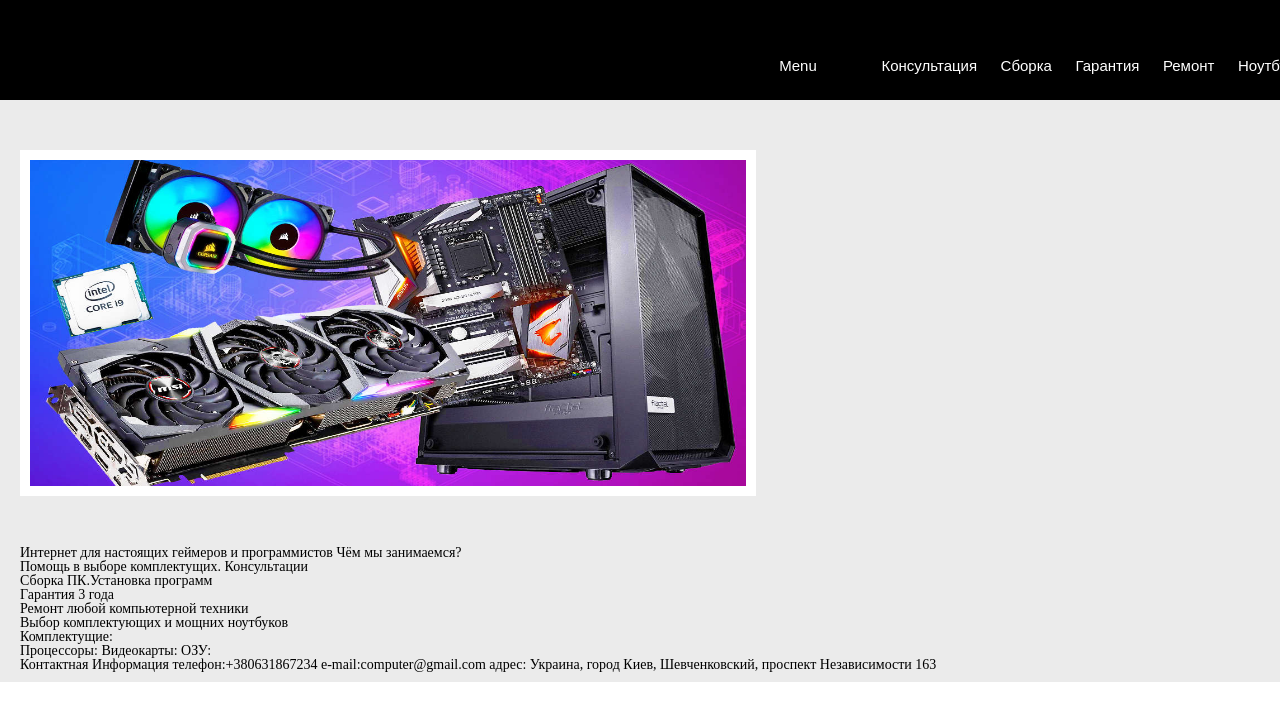
Repository: Bohdan-Sandovenko/First-Project-Flex
Page: index.html
The author's editor kept a copy of each file at every save. The page is drawn from the files as they stood at one save, then again after the next save.
The browser window is 1280 px wide. The pictures show the whole page.
The style sheet was rebuilt from its Sass, Less or Tailwind sources for each picture, by a compiler version that may differ from the author's.

Above is the page before, as saved 2024-07-26 23:10:13.

After the next save:
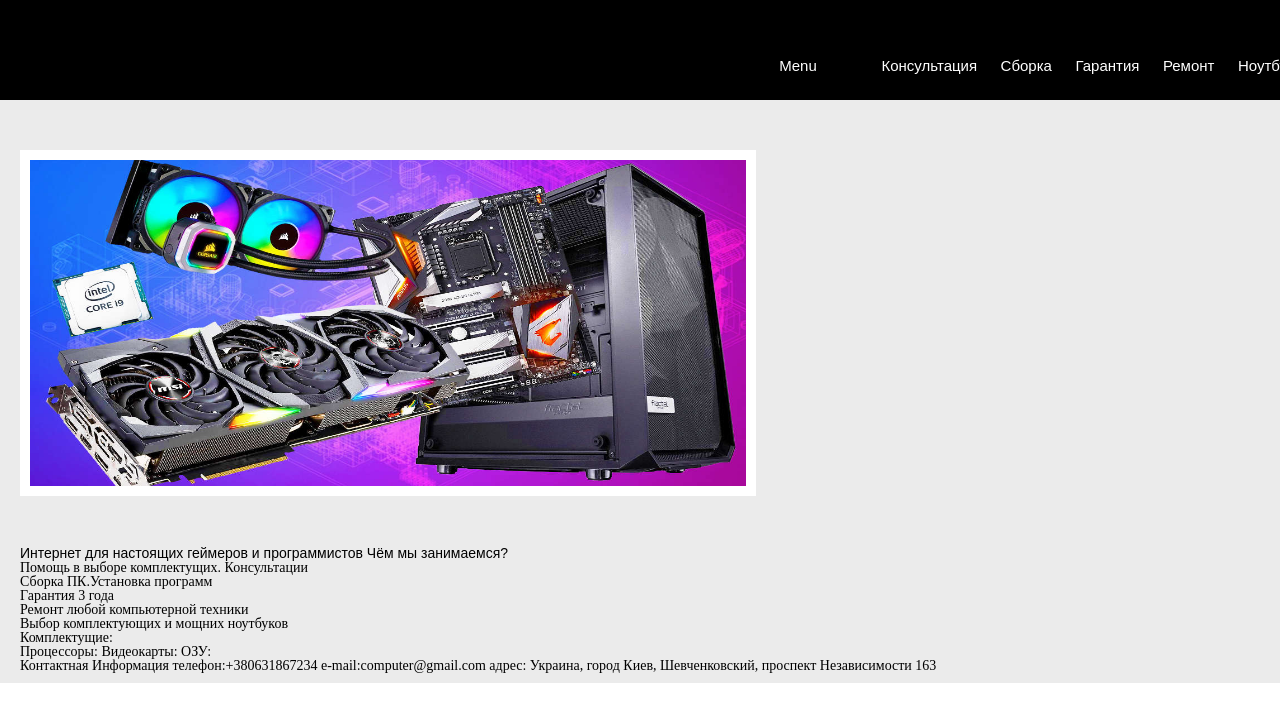
Saved 71 s later.
--- a/css/style.scss
+++ b/css/style.scss
@@ -64,8 +64,12 @@
             .content-top-image {
                 width: 736px;
                 height: 346px;
-                border: 10px solid white;
+                border: 10px solid $color-white;
             }
+        }
+
+        .content-top-text-inside {
+            font-family: $font-family-top;
         }
     }
 }
